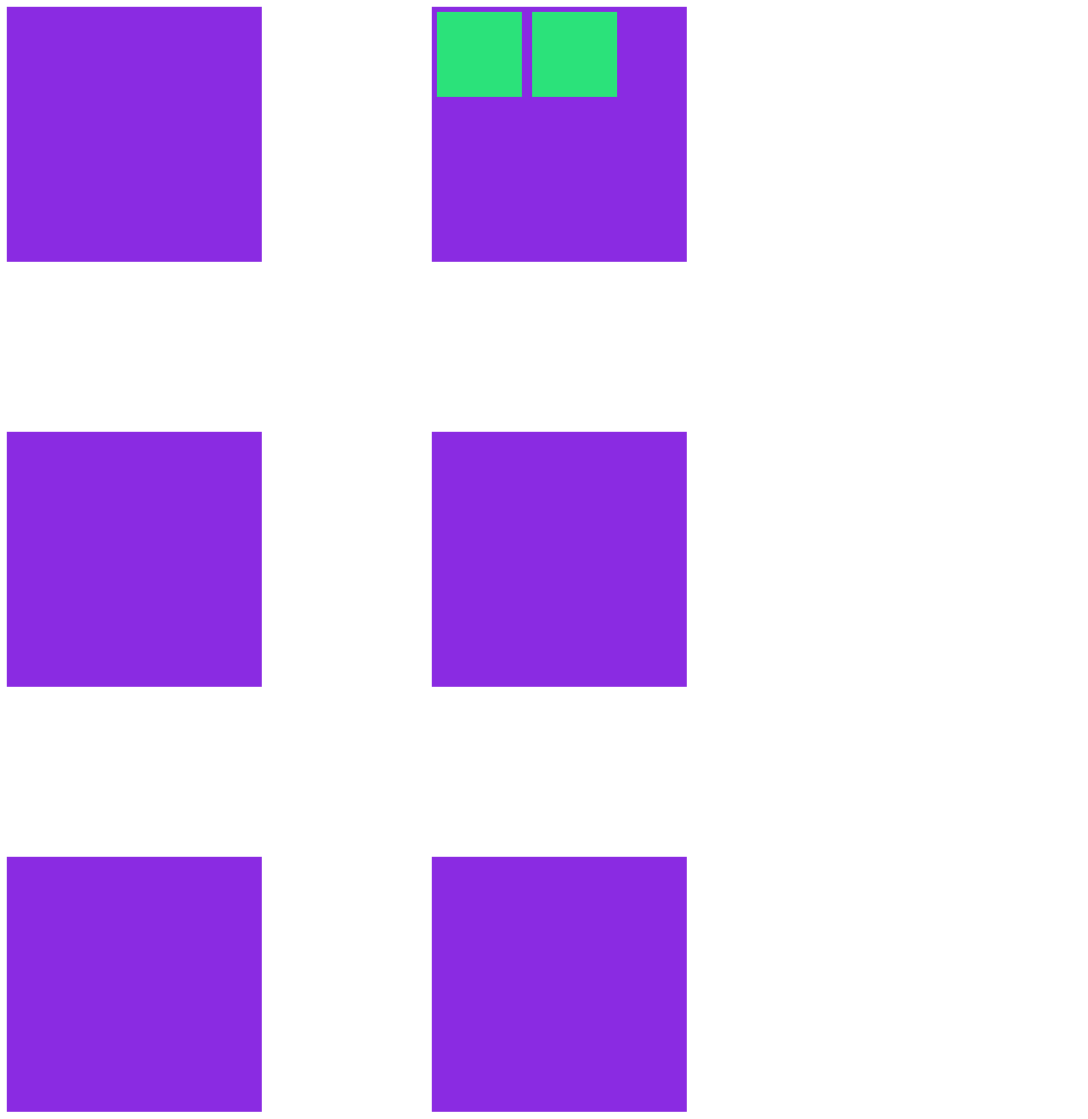
Repository: TzStrikerYT/Dise-o-web-NA00
Page: Proyecto-01/index.html
The author's editor kept a copy of each file at every save. The page is drawn from the files as they stood at one save, then again after the next save.
The browser window is 1280 px wide. The pictures show the whole page, at 85% of full size.

Above is the page before, as saved 2024-08-21 20:52:36.

After the next save:
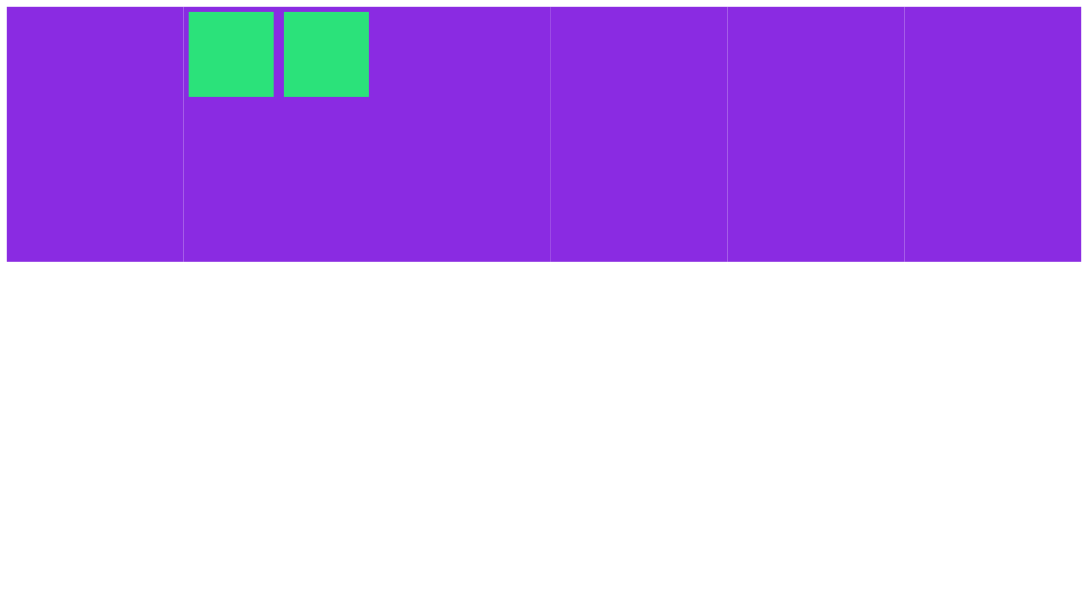
Saved 28 s later.
--- a/Proyecto-01/style.css
+++ b/Proyecto-01/style.css
@@ -14,6 +14,4 @@
 
 .container {
     display: flex;
-    flex-wrap: wrap;
-    gap: 200px;
 }
